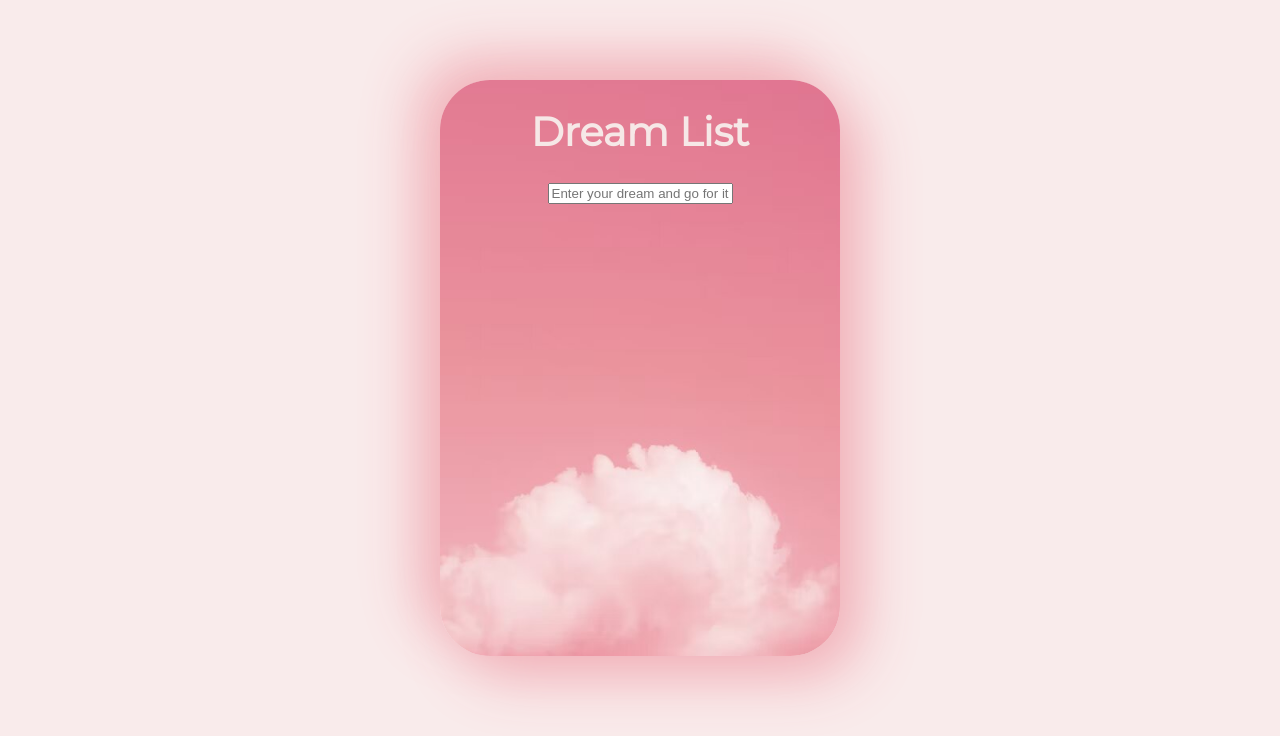
Repository: asya-aisa/grocery-list
Page: /
The author's editor kept a copy of each file at every save. The page is drawn from the files as they stood at one save, then again after a run of saves.
The browser window is 1280 px wide. The pictures show the whole page.
The project was rebuilt for these pictures with package versions that can differ from the ones it lists, and the page was loaded fresh each time.

Above is the page before, as saved 2023-07-14 15:24:17.

### public/index.html
<!DOCTYPE html>
<html lang="en">
  <head>
    <meta charset="utf-8" />
    <link rel="icon" href="%PUBLIC_URL%/favicon.ico" />
    <meta name="viewport" content="width=device-width, initial-scale=1" />
    <meta name="theme-color" content="#000000" />
    <meta
      name="description"
      content="Web site created using create-react-app"
    />
    <link rel="apple-touch-icon" href="%PUBLIC_URL%/logo192.png" />
    <!--
      manifest.json provides metadata used when your web app is installed on a
      user's mobile device or desktop. See https://developers.google.com/web/fundamentals/web-app-manifest/
    -->
    <link rel="manifest" href="%PUBLIC_URL%/manifest.json" />
    <link rel="preconnect" href="https://fonts.googleapis.com">
    <link rel="preconnect" href="https://fonts.gstatic.com" crossorigin>
    <link href="https://fonts.googleapis.com/css2?family=Montserrat:ital@0;1&display=swap" rel="stylesheet">
    <!--
      Notice the use of %PUBLIC_URL% in the tags above.
      It will be replaced with the URL of the `public` folder during the build.
      Only files inside the `public` folder can be referenced from the HTML.

      Unlike "/favicon.ico" or "favicon.ico", "%PUBLIC_URL%/favicon.ico" will
      work correctly both with client-side routing and a non-root public URL.
      Learn how to configure a non-root public URL by running `npm run build`.
    -->
    <title>React App</title>
  </head>
  <body>
    <noscript>You need to enable JavaScript to run this app.</noscript>
    <div id="root"></div>
    <!--
      This HTML file is a template.
      If you open it directly in the browser, you will see an empty page.

      You can add webfonts, meta tags, or analytics to this file.
      The build step will place the bundled scripts into the <body> tag.

      To begin the development, run `npm start` or `yarn start`.
      To create a production bundle, use `npm run build` or `yarn build`.
    -->
  </body>
</html>

### src/App.js

import './App.css';
import { DreamList } from './DreamList';

function App() {
  return (
    <div className="App">
      <div className='container'>
        <h1>Dream List</h1>
      </div>
      <div className='container'>
      <DreamList />
      </div>

    </div>
  );
}

export default App;

### src/App.css
.App {
  background-image: url(fon-img.jpg);
  background-position: center;
  background-size: cover;
  background-repeat: no-repeat;
  width: 400px;
  min-height: 80vh;
  margin: 80px auto;
  border-radius: 50px;
  box-shadow:  20px 20px 60px #f1b0b8,
             -20px -20px 60px #f1b0b8;
}
body {
  background-color: #f9ebeb;
}
.container {
  display: flex;
  justify-content: center;
}
h1 {
  color:#f6e8e7;
  font-size: 40px;
  font-family: 'Montserrat', sans-serif;
}

### src/DreamList.js
import { Component } from "react";

export class DreamList extends Component {

    state = {
        inputDream: ''
    }

    upDateInput(e) {
        this.setState({
            inputDream: e
        })
    }
    render() {
        return <div>
            <input type="text" placeholder="Enter your dream and go for it"
            onChange={(e) => {this.upDateInput(e.target.value)}}
            value={this.state.inputDream}/>


        </div>
    }
}

Loaded but not shown: src/index.js (common file); src/reportWebVitals.js (common file)

After the next 2 saves:
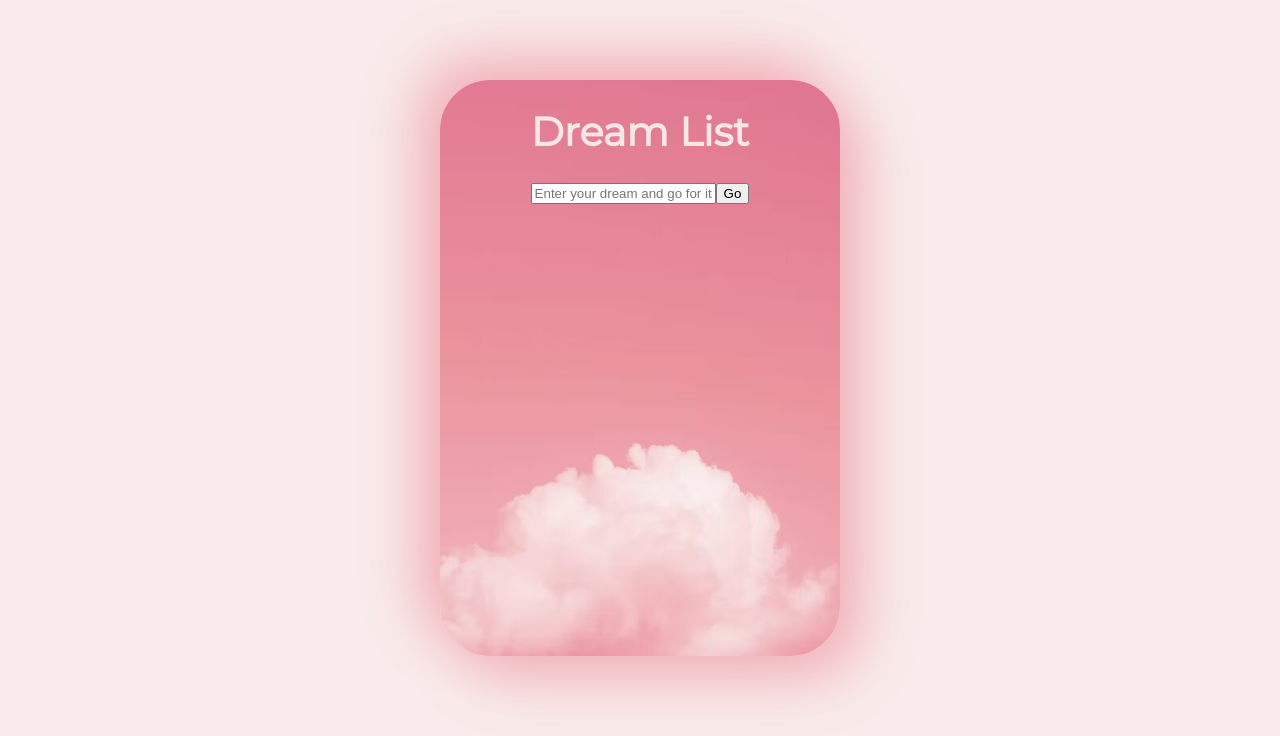
The 2 saves are shown as one change because they came seconds apart.
The last was saved 7 s later.
--- a/src/DreamList.js
+++ b/src/DreamList.js
@@ -17,7 +17,7 @@ export class DreamList extends Component {
             onChange={(e) => {this.upDateInput(e.target.value)}}
             value={this.state.inputDream}/>
 
-
+            <button>Go</button>
         </div>
     }
 }
